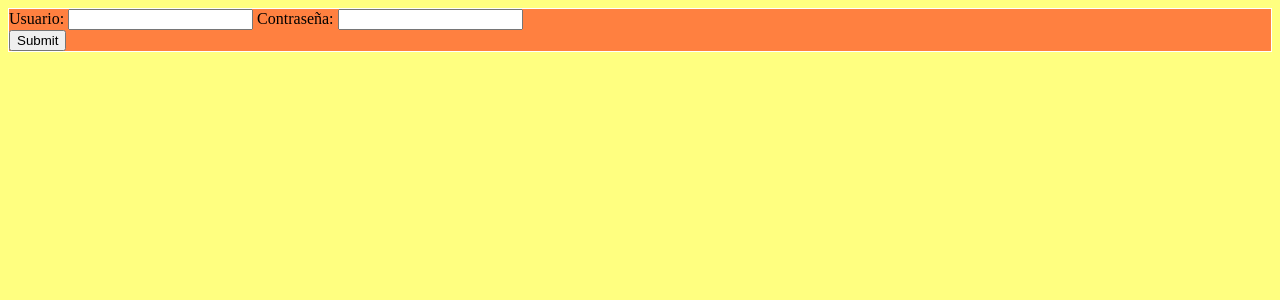
Repository: salvadorsobrino/Ejercicio5ServletJSP
Page: http://localhost/Ejercicio5/
These files come from the project's save history. The page is drawn as it stood at one moment and after the next save; the edit follows.
The browser window is 1280 px wide. The pictures show the whole page.
The page is served by Tomcat 9.

Above is the page before, as saved 2022-03-11 09:30:00.

After the next save:
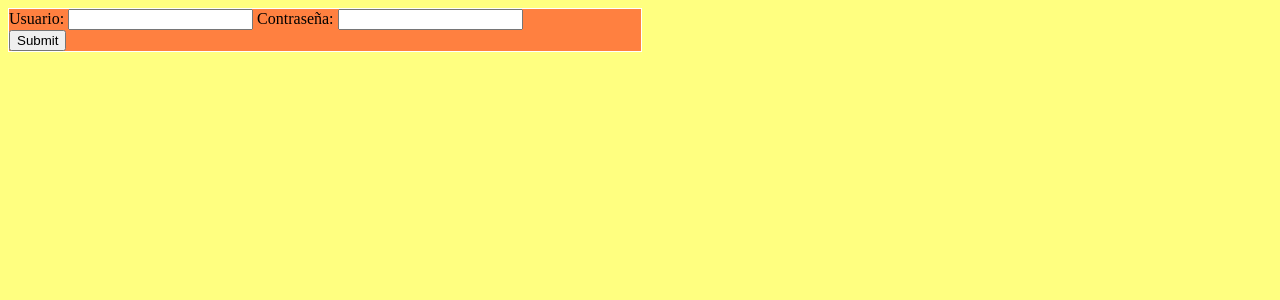
Saved 4 s later.
--- a/Ejercicio5/src/main/webapp/index.css
+++ b/Ejercicio5/src/main/webapp/index.css
@@ -11,7 +11,7 @@ body{
 	border-style: solid;
 	border-width: thin;
 	border-color: white;
-	width
+	width: 50%;
 
 }
 a:link {
